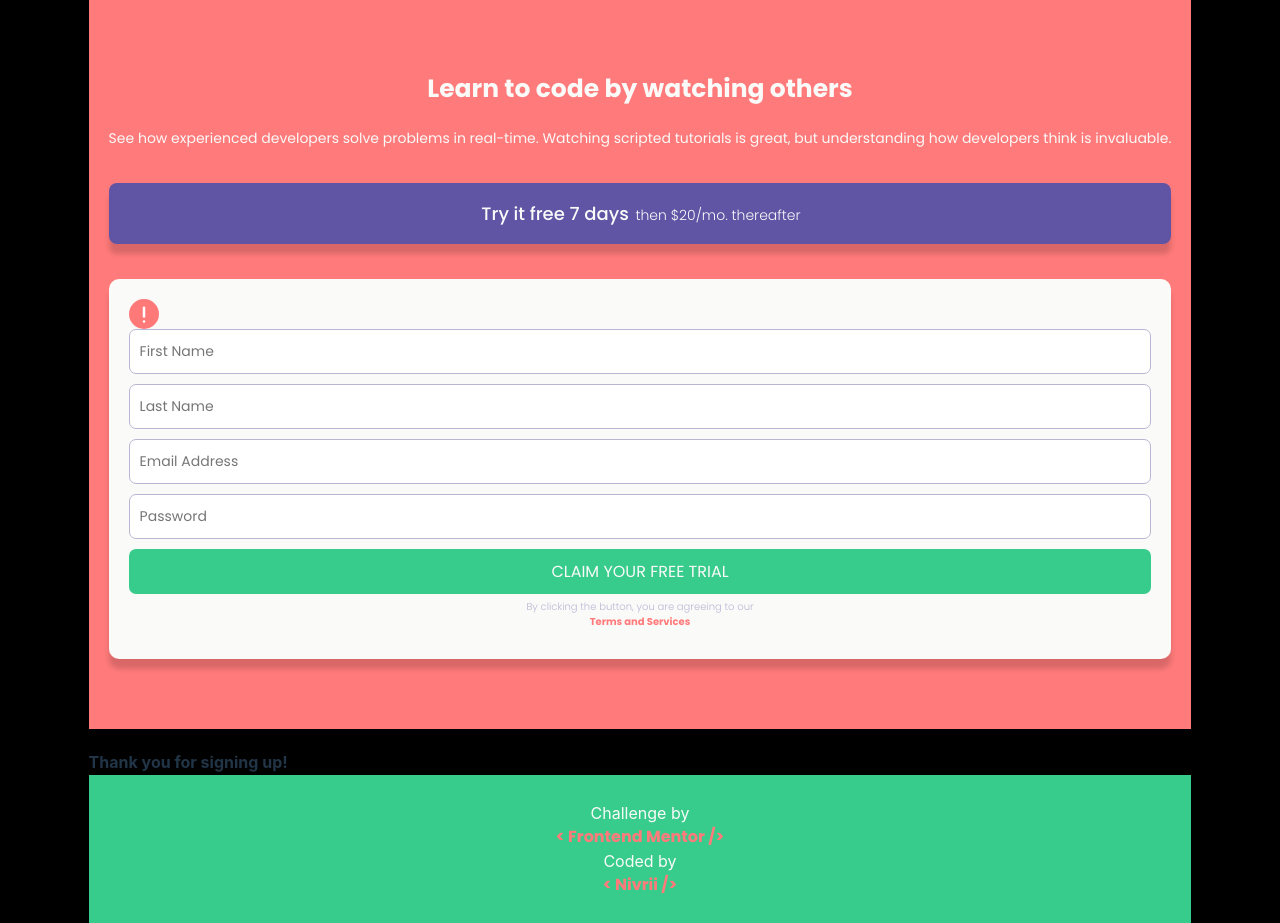
Repository: nivrii/intro-component-with-signup
Page: /
These files come from the project's save history. The page is drawn as it stood at one moment and after the next save; the edit follows.
The browser window is 1280 px wide. The pictures show the whole page.
The project was rebuilt for these pictures with package versions that can differ from the ones it lists, and the page was loaded fresh each time. Also part of the build but not shown: vite.config.js.

Above is the page before, as saved 2023-10-14 02:25:36.

After the next save:
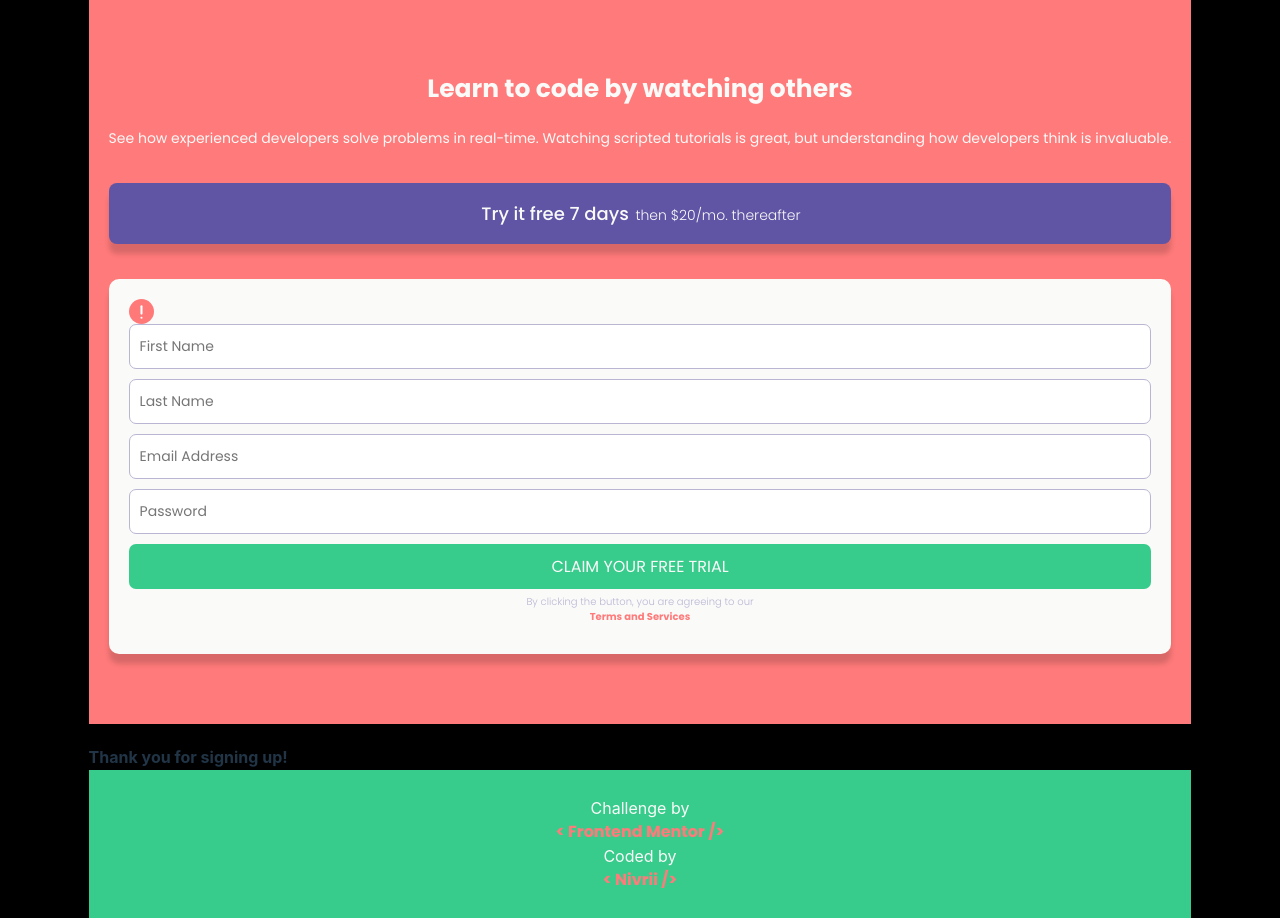
Saved 16 s later.
--- a/src/Form/Form.css
+++ b/src/Form/Form.css
@@ -45,8 +45,8 @@
       }
     }
     & .error-icon{
-      width: 30px;
-      height: 30px;
+      width: 25px;
+      height: 25px;
      }
   }
   & .btn {
